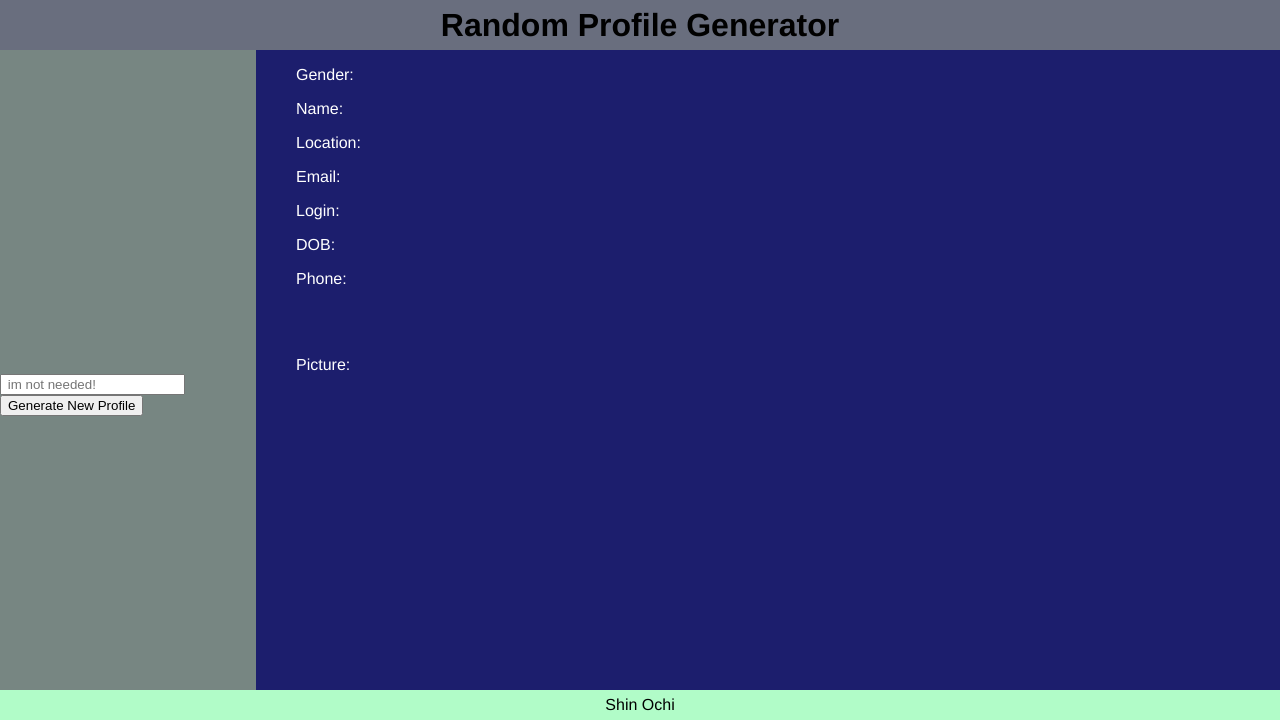
Repository: swaroopu-kr/Web-Application
Page: index.html
An editor plug-in stored every save of this project. The page is shown before and after a run of saves, followed by the edit.
The browser window is 1280 px wide. The pictures show the whole page.

Above is the page before, as saved 2021-10-30 11:57:39.
Console error: SyntaxError: Unexpected token '('

### index.html
<!DOCTYPE html>
<html>
  <head>
    <meta charset="utf-8">
    <meta name="viewport" content="width=device-width">
    <title>Ajax Weather Lab</title>
    <link href="./style.css" rel="stylesheet" type="text/css" />

    <script src="https://code.jquery.com/jquery-3.6.0.min.js" integrity="sha256-/xUj+3OJU5yExlq6GSYGSHk7tPXikynS7ogEvDej/m4=" crossorigin="anonymous"></script>

    <script defer src="./script.js"></script>
  </head>

  <body>

  <header>

    <h1>Random Profile Generator</h1>

    <br>
    <br>



    </header>

    <main>
<div>
<ul> Gender:   </ul>
<ul> Name: </ul>
<ul> Location: </ul>
<ul> Email: </ul>
<ul> Login: </ul>
<ul> DOB: </ul>
<ul> Phone: </ul>
<br>
<br>

<ul>Picture:  <br> </ul>


</div>

    </main>

    <aside>
      <form style="margin-top: 50px;">
        <label>
          <input type="text" placeholder=" im not needed!">
        </label>
      <input type="submit" value="Generate New Profile">
      </form>



   </aside>

   <footer>
    <p>Shin Ochi</p>
    <br>
    <p></p>

  </footer>


</body>
</html>

### style.css

      * {
        box-sizing: border-box;
      }

      body {
        height: 100vh;
        margin: 0;
        font-family: Helvetica;
        display: grid;
        /* mobile first - single column */
        grid-template-columns: 1fr;
        grid-template-rows: 50px 30px auto 100px;

      }

      header {
        grid-area: hdr;
        background-color: #696e7e;
      }

      footer {
        grid-area: ftr;
        background-color: #b1fcc8;
      }

      aside{

        background-color: #0421188a;

      }



      main {
        grid-area: content;
        background-color: #1c1e6d;
        color: white;
        display: flex;
        justify-content: left;
        align-items: left;
      }

      header,
      footer,
      aside {
        display: flex;
        justify-content: center;
        align-items: center;
      }

      @media only screen and (min-width: 768px) {
        body {
          grid-template-columns: 1fr 4fr;
          grid-template-rows: 50px auto 30px;
          grid-template-areas:
          "hdr hdr"
          "side content"
          "ftr ftr";
        }

      }

### script.js
//IIFE FUNCTION
//$(function () {





    // Constants
    BASE_URL = 'https://randomuser.me/api/?inc=gender,name,location,email,login,DOB,phone,picture';

    // State Variables

    let apiData;

    // Cached Element References
    const $input = $('input[type="text"]')
    const $main = $('main');
    const $form = $('form');

// Event Listeners

$main.on('click', 'article', handleClick);

getData();


function getData () {
$ajax.(BASE_URL)
.then(function(data){
apiData = data;
render();
}, function(error) {

});
} //close function

function handleClick () {
$(this).children().toggleClass('hidden');
}


function render (){
const userData = api.map(function())
return


$main.html('<section>${user}</section>');

}


    // Functions

    function handleSubmit(evt) {
      evt.preventDefault();
      const currCity = $input.val();
      console.log(currCity)
        $.ajax({BASE_URL}
  success: function(data) {
    console.log(data);
  })
};





    // add data as text content to our DOM elements
    function render () {
      $main.html(
        // create p tags with weatherData values interpolated within them
        `
        <p>Weather For: ${weatherData.name}</p>
        <p>Temperature: ${weatherData.main.temp}&#176;</p>
        <p>Feels Like: ${weatherData.main.feels_like}&#176;</p>
        <p>Weather: ${weatherData.weather[0].description}</p>
        `
      )
    }

   //})

After the next 6 saves:
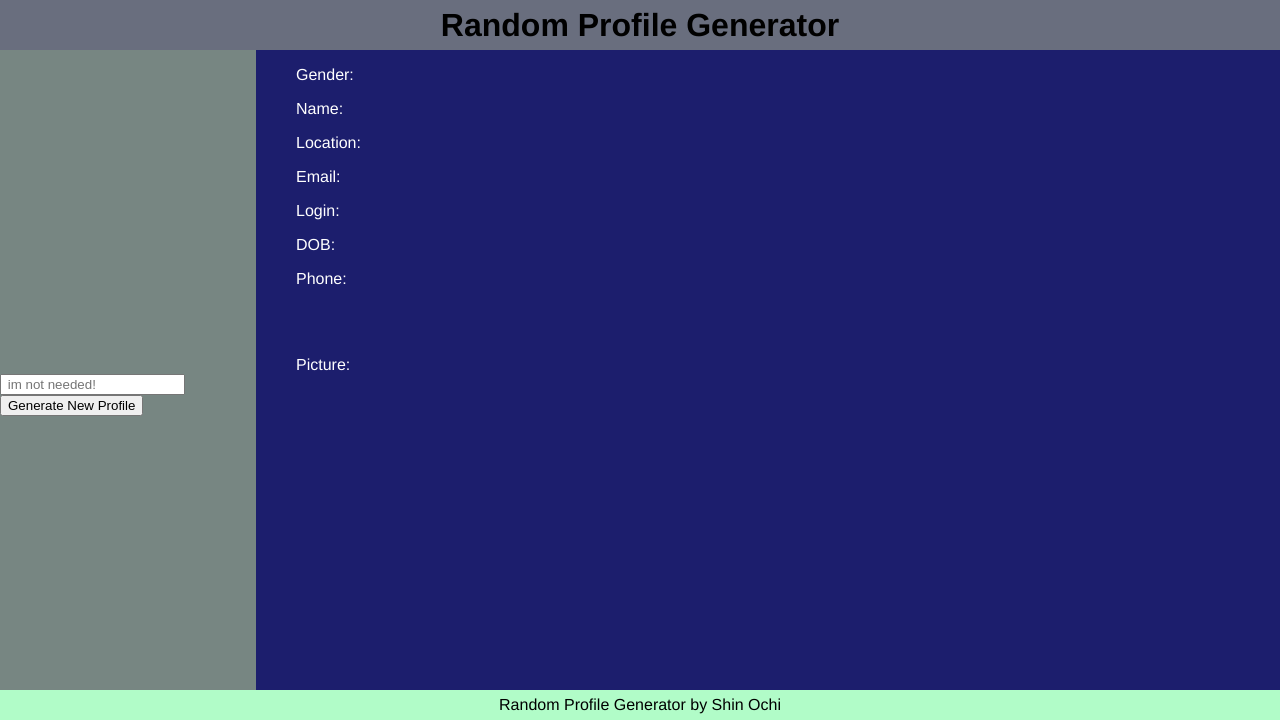
The 6 saves are shown as one change because they came seconds apart.
The last was saved 17 s later.
--- a/index.html
+++ b/index.html
@@ -56,9 +56,9 @@
    </aside>
 
    <footer>
-    <p>Shin Ochi</p>
-    <br>
-    <p></p>
+    <p>Random Profile Generator by Shin Ochi</p>
+
+
 
   </footer>
 
